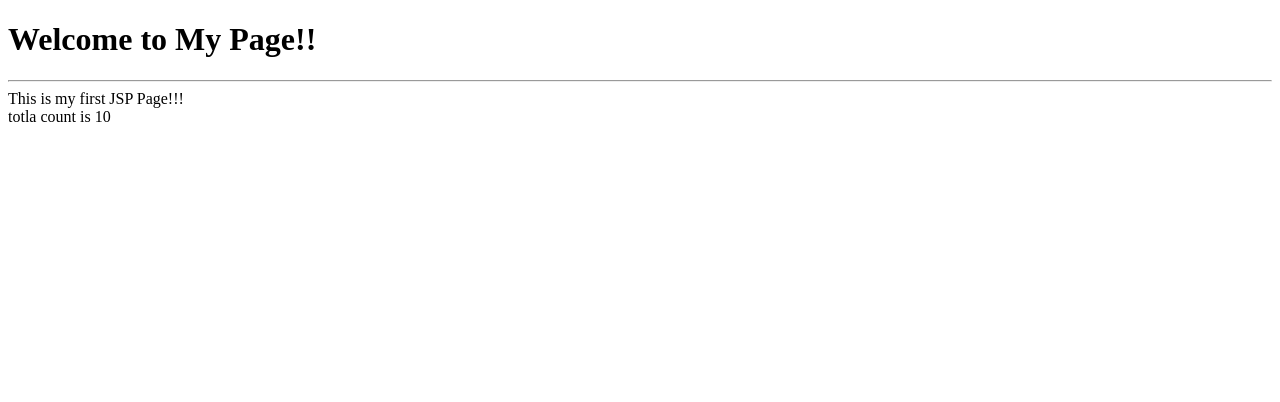
Repository: minjuleee/Server_study
Page: http://localhost/web/01_script_test.jsp
An editor plug-in stored every save of this project. The page is shown before and after the next save, followed by the edit.
The browser window is 1280 px wide. The pictures show the whole page.
The page is served by Tomcat 10. Other server files are loaded and not shown.

Above is the page before, as saved 2025-11-17 08:02:17.

### dev/web/src/main/webapp/01_script_test.jsp
<%@ page language="java" contentType="text/html; charset=UTF-8"
    pageEncoding="UTF-8"%>
<!DOCTYPE html>
<html>
<head>
<meta charset="UTF-8">
<title>Welcome</title>
</head>
<body>
	<h1>Welcome to My Page!!</h1>
	<hr>
	<!-- JSP declaration -->
	<%!
		int count = 10;
		String color = "yellowgreen";
		String makeLower(String str){
			return str.toLowerCase();
		}
	%>
	<!-- JSP scriptlet -->
	<%
		out.println("This is my first JSP Page!!!<br>");
		System.out.println("야 드디어 출력이 나온다!");
		out.println("totla count is " + count + "<br>");
	%>
</body>
</html>

After the next save:
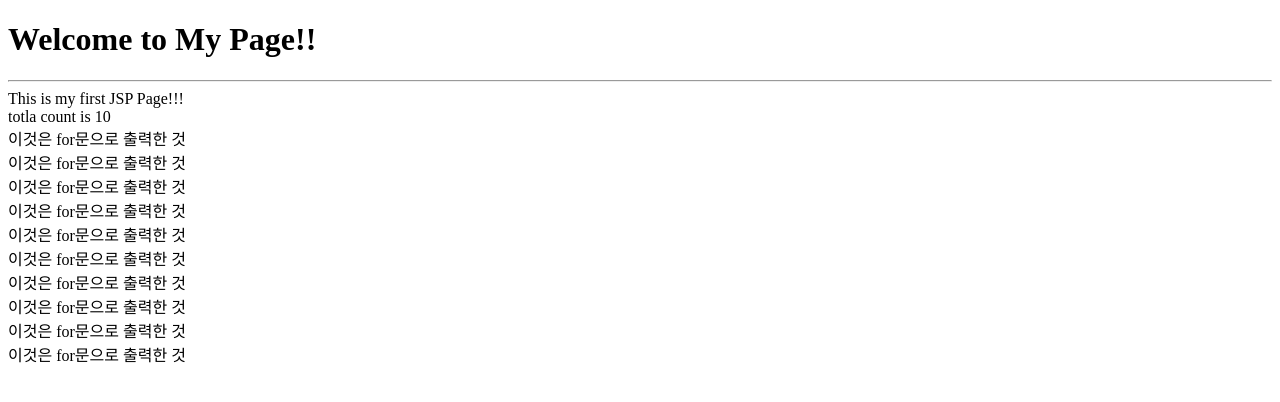
Saved 86 s later.
--- a/dev/web/src/main/webapp/01_script_test.jsp
+++ b/dev/web/src/main/webapp/01_script_test.jsp
@@ -22,6 +22,9 @@
 		out.println("This is my first JSP Page!!!<br>");
 		System.out.println("야 드디어 출력이 나온다!");
 		out.println("totla count is " + count + "<br>");
+		for(int i=0; i<count; i++){
+			out.println("이것은 for문으로 출력한 것<br>");
+		}
 	%>
 </body>
 </html>
